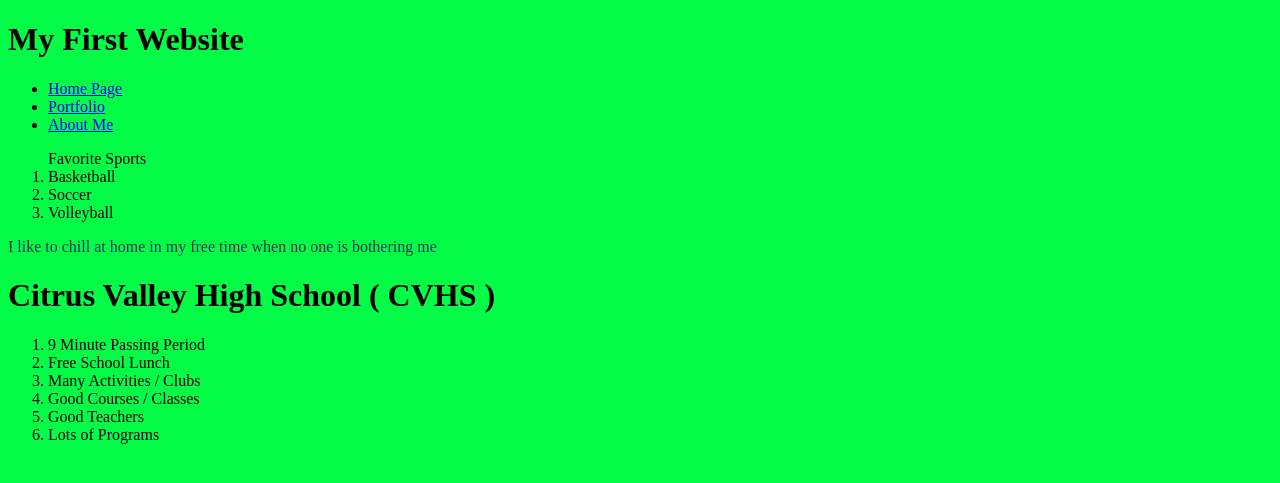
Repository: NawrasKassar/NawrasKassar.github.io
Page: index.html
The author's editor kept a record of every edit. The page is drawn from the files as they stood at one moment, then again after the next edit.
The browser window is 1280 px wide. The pictures show the whole page.

Above is the page before.

After the next edit:
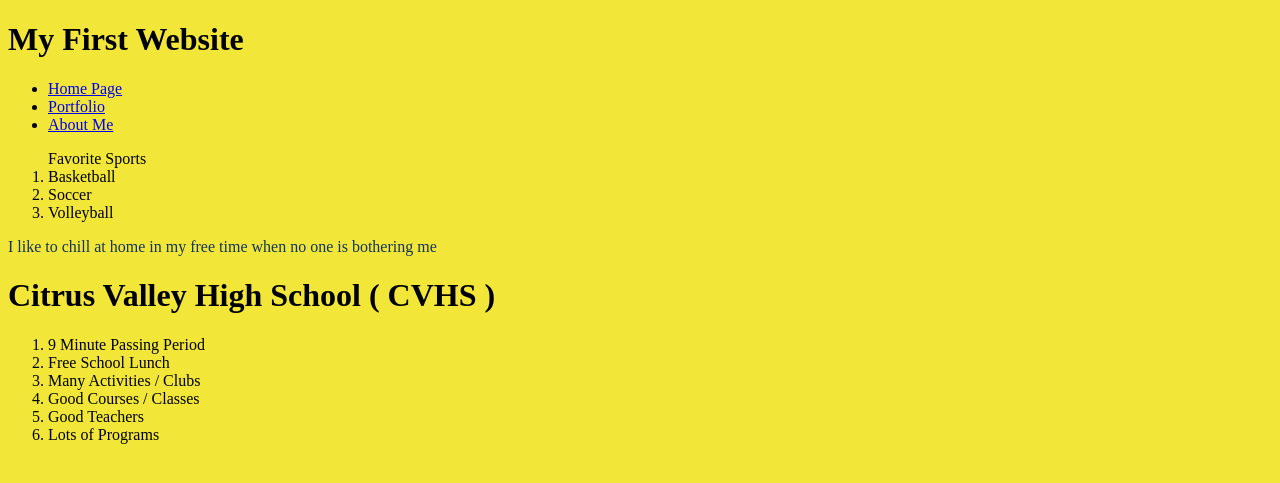
The edit:
--- a/styles/style.css
+++ b/styles/style.css
@@ -1,5 +1,5 @@
 body {
-    background-color: #03fc45;
+    background-color:#f2e638;
 
 
 
